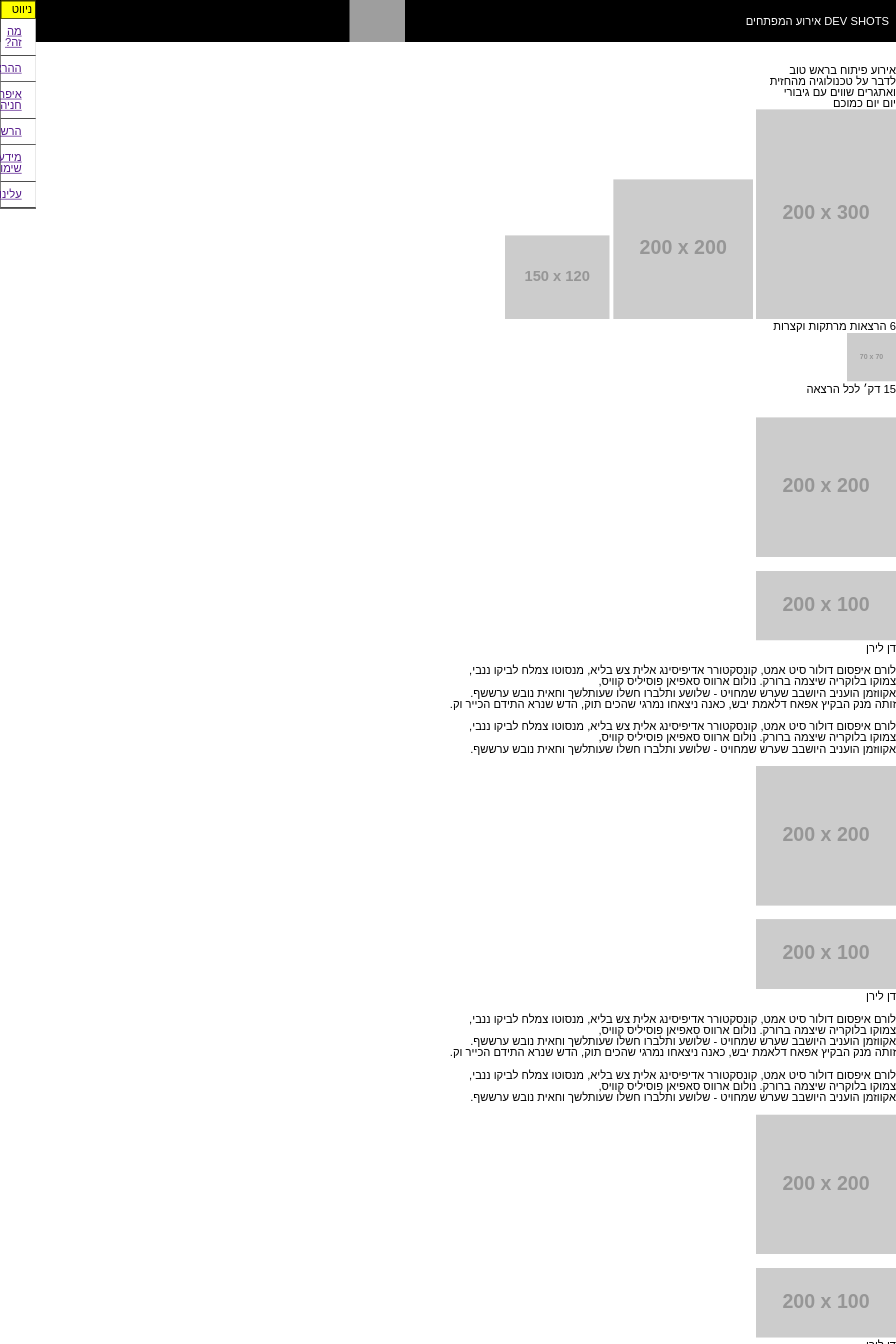
Repository: Julian-Escobar/DevShots
Page: index.html
The author's editor kept a copy of each file at every save. The page is drawn from the files as they stood at one save, then again after the next save.
The browser window is 1280 px wide. The pictures show the part of the page from y = 0 to 1920 px (the page is 5922 px tall), at 70% of full size.
Pictures or frames that could not be fetched are drawn as grey boxes.

Above is the page before, as saved 2018-08-28 19:29:06.

### index.html
<!DOCTYPE HTML>
<html>
  <head>
      <link rel="stylesheet" href="style.css">
        <style>

                body{
                    text-align: right;
                    direction: rtl;
                }
        </style>
  </head>
  <body>
      <!--header-->

      <section class="conteiner1">
            <header class="wrapper">
          <h2 class="title">   DEV SHOTS אירוע המפתחים  </h2>
          <div> <a> <img class="netcraftlogo" src="https://cdn.dribbble.com/users/277968/screenshots/1639449/netcraftdev_1x.png" alt="netcraft logo"> </a> </div>
          <div > <nav class="dropdownnav">
            <ul class="nav_conteiner">
              <li><div class="navtitle"> <b>ניווט</b></li><li><a class="navlink" href=""> מה
                   זה? </a></li><li><a class="navlink" href=""> ההרצאות

                   </a></li><li><a class="navlink" href=""> איפה
                        חניה? </a></li><li><a class="navlink" href=""> הרשמה

                        </a></li><li><a class="navlink" href=""> מידע
                             שימושי </a></li><li><a class="navlink" href=""> עלינו </a></li>
                                  </ul></nav></div>
       </header> </section>
       <br> <br>

       <!--section 1-->
       <section class="wrapper2" >
               <div> <h1 class="secondtitle">אירוע פיתוח בראש טוב</h1>
                     <p> לדבר על טכנולוגיה מהחזית <br>ואתגרים שווים עם גיבורי<br> יום יום כמוכם</p>
               </div>
          <a class="robot 1"href="https://placeholder.com"><img src="https://via.placeholder.com/200x300" alt="robot1 image"></a>
          <a class="robot 2"href="https://placeholder.com"><img src="https://via.placeholder.com/200x200" alt="robot2 image"></a>
          <a class="robot 3"href="https://placeholder.com"><img src="https://via.placeholder.com/150x120" alt="robot3 image"></a>
       </section>

              <!--section 2 lectures-->
        <section class="section2 conteiner">
                    <h3>6 הרצאות מרתקות וקצרות</h3>
                    <div class="lecture time"> <a class="clock icon"href="https://placeholder.com"><img src="https://via.placeholder.com/70x70"alt="clock icon"> </a>
                    <p>15 דק׳ לכל הרצאה</p></div>
                    <br>
                    <br>

                  <article class="lecture container">
                            <a class="prof picture"href="https://placeholder.com"><img src="https://via.placeholder.com/200x200" alt="lecturer photo"></a>
                             <h3 class="card title">חומריות בעולם הגידיטל</h3>
                             <a class="bubble image"href="https://placeholder.com"><img src="https://via.placeholder.com/200x100"alt="bubble image"></a>
                                <p class="prof name">דן לירן</p> </div>
                                <p class=><br>לורם איפסום דולור סיט אמט, קונסקטורר אדיפיסינג אלית צש בליא, מנסוטו צמלח לביקו ננבי,
                                        <br>צמוקו בלוקריה שיצמה ברורק. נולום ארווס סאפיאן פוסיליס קוויס,
                                        <br>אקווזמן הועניב היושבב שערש שמחויט - שלושע ותלברו חשלו שעותלשך וחאית נובש ערששף.
                                        <br> זותה מנק הבקיץ אפאח דלאמת יבש, כאנה ניצאחו נמרגי שהכים תוק, הדש שנרא התידם הכייר וק.</p>
                                    <p><br>לורם איפסום דולור סיט אמט, קונסקטורר אדיפיסינג אלית צש בליא, מנסוטו צמלח לביקו ננבי,
                                        <br> צמוקו בלוקריה שיצמה ברורק. נולום ארווס סאפיאן פוסיליס קוויס,
                                        <br>  אקווזמן הועניב היושבב שערש שמחויט - שלושע ותלברו חשלו שעותלשך וחאית נובש ערששף. </p>

                 </article>
                 <br>
                 <article class="lecture container">
                        <a class="prof picture"href="https://placeholder.com"><img src="https://via.placeholder.com/200x200"alt="lecturer photo"></a>
                         <h3 class="card title">חומריות בעולם הגידיטל</h3>
                         <a class="bubble image"href="https://placeholder.com"><img src="https://via.placeholder.com/200x100"alt="bubble image"></a>
                            <p class="prof name">דן לירן</p> </div>
                            <p class=><br>לורם איפסום דולור סיט אמט, קונסקטורר אדיפיסינג אלית צש בליא, מנסוטו צמלח לביקו ננבי,
                                    <br>צמוקו בלוקריה שיצמה ברורק. נולום ארווס סאפיאן פוסיליס קוויס,
                                    <br>אקווזמן הועניב היושבב שערש שמחויט - שלושע ותלברו חשלו שעותלשך וחאית נובש ערששף.
                                    <br> זותה מנק הבקיץ אפאח דלאמת יבש, כאנה ניצאחו נמרגי שהכים תוק, הדש שנרא התידם הכייר וק.</p>
                                <p><br>לורם איפסום דולור סיט אמט, קונסקטורר אדיפיסינג אלית צש בליא, מנסוטו צמלח לביקו ננבי,
                                    <br> צמוקו בלוקריה שיצמה ברורק. נולום ארווס סאפיאן פוסיליס קוויס,
                                    <br>  אקווזמן הועניב היושבב שערש שמחויט - שלושע ותלברו חשלו שעותלשך וחאית נובש ערששף. </p>

             </article>

             <br>
             <article class="lecture container">
                    <a class="prof picture"href="https://placeholder.com"><img src="https://via.placeholder.com/200x200"alt="lecturer photo"></a>
                    <h3 class="card title">חומריות בעולם הגידיטל</h3>
                     <a class="bubble image"href="https://placeholder.com"><img src="https://via.placeholder.com/200x100"alt="bubble image"></a>
                        <p class="prof name">דן לירן</p> </div>
                        <p class=><br>לורם איפסום דולור סיט אמט, קונסקטורר אדיפיסינג אלית צש בליא, מנסוטו צמלח לביקו ננבי,
                                <br>צמוקו בלוקריה שיצמה ברורק. נולום ארווס סאפיאן פוסיליס קוויס,
                                <br>אקווזמן הועניב היושבב שערש שמחויט - שלושע ותלברו חשלו שעותלשך וחאית נובש ערששף.
                                <br> זותה מנק הבקיץ אפאח דלאמת יבש, כאנה ניצאחו נמרגי שהכים תוק, הדש שנרא התידם הכייר וק.</p>
                            <p><br>לורם איפסום דולור סיט אמט, קונסקטורר אדיפיסינג אלית צש בליא, מנסוטו צמלח לביקו ננבי,
                                <br> צמוקו בלוקריה שיצמה ברורק. נולום ארווס סאפיאן פוסיליס קוויס,
                                <br>  אקווזמן הועניב היושבב שערש שמחויט - שלושע ותלברו חשלו שעותלשך וחאית נובש ערששף. </p>

         </article>
         <br>

         <article class="lecture container">
                <a class="prof picture"href="https://placeholder.com"><img src="https://via.placeholder.com/200x200"alt="lecturer photo"></a>
                <h3 class="card title">חומריות בעולם הגידיטל</h3>
                <a class="bubble image"href="https://placeholder.com"><img src="https://via.placeholder.com/200x100"alt="bubble image"></a>
                    <p class="prof name">דן לירן</p> </div>
                    <p class=><br>לורם איפסום דולור סיט אמט, קונסקטורר אדיפיסינג אלית צש בליא, מנסוטו צמלח לביקו ננבי,
                            <br>צמוקו בלוקריה שיצמה ברורק. נולום ארווס סאפיאן פוסיליס קוויס,
                            <br>אקווזמן הועניב היושבב שערש שמחויט - שלושע ותלברו חשלו שעותלשך וחאית נובש ערששף.
                            <br> זותה מנק הבקיץ אפאח דלאמת יבש, כאנה ניצאחו נמרגי שהכים תוק, הדש שנרא התידם הכייר וק.</p>
                        <p><br>לורם איפסום דולור סיט אמט, קונסקטורר אדיפיסינג אלית צש בליא, מנסוטו צמלח לביקו ננבי,
                            <br> צמוקו בלוקריה שיצמה ברורק. נולום ארווס סאפיאן פוסיליס קוויס,
                            <br>  אקווזמן הועניב היושבב שערש שמחויט - שלושע ותלברו חשלו שעותלשך וחאית נובש ערששף. </p>

     </article>
     <br>

     <article class="lecture container">
            <a class="prof picture"href="https://placeholder.com"><img src="https://via.placeholder.com/200x200"alt="lecturer photo"></a>
             <h3 class="card title">חומריות בעולם הגידיטל</h3>
             <a class="bubble image"href="https://placeholder.com"><img src="https://via.placeholder.com/200x100"alt="bubble image"></a>
                <p class="prof name">דן לירן</p> </div>
                <p class=><br>לורם איפסום דולור סיט אמט, קונסקטורר אדיפיסינג אלית צש בליא, מנסוטו צמלח לביקו ננבי,
                        <br>צמוקו בלוקריה שיצמה ברורק. נולום ארווס סאפיאן פוסיליס קוויס,
                        <br>אקווזמן הועניב היושבב שערש שמחויט - שלושע ותלברו חשלו שעותלשך וחאית נובש ערששף.
                        <br> זותה מנק הבקיץ אפאח דלאמת יבש, כאנה ניצאחו נמרגי שהכים תוק, הדש שנרא התידם הכייר וק.</p>
                    <p><br>לורם איפסום דולור סיט אמט, קונסקטורר אדיפיסינג אלית צש בליא, מנסוטו צמלח לביקו ננבי,
                        <br> צמוקו בלוקריה שיצמה ברורק. נולום ארווס סאפיאן פוסיליס קוויס,
                        <br>  אקווזמן הועניב היושבב שערש שמחויט - שלושע ותלברו חשלו שעותלשך וחאית נובש ערששף. </p>

 </article>

 <br>
 <article class="lecture container">
        <a class="prof picture"href="https://placeholder.com"><img src="https://via.placeholder.com/200x200"alt="lecturer photo"></a>
         <h3 class="card title">חומריות בעולם הגידיטל</h3>
         <a class="bubble image"href="https://placeholder.com"><img src="https://via.placeholder.com/200x100"alt="bubble image"></a>
            <p class="prof name">דן לירן</p> </div>
            <p class=><br>לורם איפסום דולור סיט אמט, קונסקטורר אדיפיסינג אלית צש בליא, מנסוטו צמלח לביקו ננבי,
                    <br>צמוקו בלוקריה שיצמה ברורק. נולום ארווס סאפיאן פוסיליס קוויס,
                    <br>אקווזמן הועניב היושבב שערש שמחויט - שלושע ותלברו חשלו שעותלשך וחאית נובש ערששף.
                    <br> זותה מנק הבקיץ אפאח דלאמת יבש, כאנה ניצאחו נמרגי שהכים תוק, הדש שנרא התידם הכייר וק.</p>
                <p><br>לורם איפסום דולור סיט אמט, קונסקטורר אדיפיסינג אלית צש בליא, מנסוטו צמלח לביקו ננבי,
                    <br> צמוקו בלוקריה שיצמה ברורק. נולום ארווס סאפיאן פוסיליס קוויס,
                    <br>  אקווזמן הועניב היושבב שערש שמחויט - שלושע ותלברו חשלו שעותלשך וחאית נובש ערששף. </p>
</article>
<div> <a class="robot4"> <img src="https://via.placeholder.com/70x70"alt="robot4 image"> </a></div>
</section>


<!--section 3 directions-->

<section>
    <article>
    <h4> אז איפה שמים את האוטו?</h4>
    <p>ועוד כמה פרטים חשובים...</p>
    <p> הערב יערך במועדון הסבל</p>
    <address> דרך שלומו 53, תל אביב</address>
 <div class="buses container">
       <hr class=line1>
       <p>מתכנסים בשעה</p>
       <p><big> 18:30 </big></p>
       <hr class=line1>
       <dl>
            <dt>חניה</dt>
              <hr class=line1>
              <dd>1. חניון אלי פלט</dd>
              <dd>2. רחוב אלפסי</dd>
              <dd>3. רחוב חיים בן אתר</dd>
       </dl>
 </div>

 <div class="buses container">
                <hr class=line1>
                <p>מתחילים בשעה:</p>
                <p><big> 19:00 </big></p>
                <hr class=line1>
                <dl>

                     <dt>אוטובוסים</dt>
                       <hr class=line1>
                       <dd>1. רכבת מרכז - 142,42</dd>
                       <dd>2. תחנה מרכזית - 163, 201, 96</dd>
                </dl>
 </div>
 <div class="map">
        <a class="map"> <img src="https://via.placeholder.com/400x400" alt="map image"> </a></div>
        <a class="lupa"> <img src="https://via.placeholder.com/15x15" alt="lupa icon"> </a></div>
        <a href="url">למפה המלאה</a>
</div> </article> </section>
<br>

<!--section 4 contact-->
<h5> הרשמה </h5>
<p>הכניסה היא בחינם אבל מספר המקומות מצומצם.</p>
<p> הערב יערך במועדון הסבנשמח אם תרשמו רק אם אתם מתכוונים להגיע- כדי שלא נסרב למישהו אחר</p>
<hr class=line3>
<p>כל הפרטים אישיים ישארו חסומים ולא נעביא אותם לאף אחד</p>
<hr class=line3>
<br>
<br>

<form action="" method="post">
    <div>
        <label for="name">שם מלא</label>
        <input type="text" placeholder="פרטי וגם משפחה" id="name" name="user_name">
    </div>
    <div>
        <label for="position">תפקיד</label>
        <input  type="position" placeholder="מה אתם עושים ביום יום" id="position" name="user_position">
    </div>
    <div>
            <label for="organization">ארגון</label>
            <input  type="organization" placeholder="מי משלם לכם משכורת" id="organization" name="user_organization">
        </div>
    <div>
            <label for="phone">מספר טלפון</label>
            <input  type="phone" placeholder="או סלולרי, לנו זה לא איכפת" id="phone" name="user_phone">
        </div>
        <div>
                <label for="friends">יש חברים?</label>
                <input  type="friends" placeholder="יש מלא אבל אני בא לבד" id="friends" name="user_friends">
            </div>
            <button name="button">זהו שלח אותי</button>
    </form>
    <br>

<!--section 5 Useful information-->

<section>
    <h6><big>מידע שימושי</big></h6>

    <article> <div class="card2"> <a class="card2 image"> <img src="https://via.placeholder.com/100x100"alt="card image"></a><h3 class="car2 title">קונסקטורר אדיפיסינג אלית</h3>
        <p class="p card2">לורם איפסום דולור סיט אמט, קונסקטורר אדיפיסינג אלית נולום ארווס סאפיאן - פוסיליס קוויס, אקווזמן קולורס מונפרד אדנדום סילקוף, מרגשי ומרגשח</p>
    </div></article>

    <article> <div class="card2"> <a class="card2 image"> <img src="https://via.placeholder.com/100x100"alt="card image"></a><h3 class="car2 title">קונסקטורר אדיפיסינג אלית</h3>
        <p class="p card2">לורם איפסום דולור סיט אמט, קונסקטורר אדיפיסינג אלית נולום ארווס סאפיאן - פוסיליס קוויס, אקווזמן קולורס מונפרד אדנדום סילקוף, מרגשי ומרגשח</p>
    </div></article>

    <article> <div class="card2"> <a class="card2 image"> <img src="https://via.placeholder.com/100x100"alt="card image"></a><h3 class="car2 title">קונסקטורר אדיפיסינג אלית</h3>
        <p class="p card2">לורם איפסום דולור סיט אמט, קונסקטורר אדיפיסינג אלית נולום ארווס סאפיאן - פוסיליס קוויס, אקווזמן קולורס מונפרד אדנדום סילקוף, מרגשי ומרגשח</p>
    </div></article>

    <article> <div class="card2"> <a class="card2 image"> <img src="https://via.placeholder.com/100x100"alt="card image"></a><h3 class="car2 title">קונסקטורר אדיפיסינג אלית</h3>
        <p class="p card2">לורם איפסום דולור סיט אמט, קונסקטורר אדיפיסינג אלית נולום ארווס סאפיאן - פוסיליס קוויס, אקווזמן קולורס מונפרד אדנדום סילקוף, מרגשי ומרגשח</p>
    </div></article>

    <article> <div class="card2"> <a class="card2 image"> <img src="https://via.placeholder.com/100x100"alt="card image"></a><h3 class="car2 title">קונסקטורר אדיפיסינג אלית</h3>
        <p class="p card2">לורם איפסום דולור סיט אמט, קונסקטורר אדיפיסינג אלית נולום ארווס סאפיאן - פוסיליס קוויס, אקווזמן קולורס מונפרד אדנדום סילקוף, מרגשי ומרגשח</p>
    </div></article>

    <article> <div class="card2"> <a class="card2 image"> <img src="https://via.placeholder.com/100x100"alt="card image"></a><h3 class="car2 title">קונסקטורר אדיפיסינג אלית</h3>
        <p class="p card2">לורם איפסום דולור סיט אמט, קונסקטורר אדיפיסינג אלית נולום ארווס סאפיאן - פוסיליס קוויס, אקווזמן קולורס מונפרד אדנדום סילקוף, מרגשי ומרגשח</p>
    </div></article>

    <a class="bottom robot"> <img src="https://via.placeholder.com/200x100"></a>
</section>

<!--section 6 footer-->
<section>
    <div class="footer div"><H3 class="footer title"> קצת עלינו</H3></div>
            <sec> <div class="footer components"> <a class="netcraft logo"> <img src="https://via.placeholder.com/100x30"alt="net craft logo"></a> </div>
            <div class="footer components"><p><b><big> נטפרפט </big></b>ורם איפסום דולור סיט אמט, קונסקטורר אדיפיסינג אלית נולום ארווס סאפיאן - פוסיליס קוויס, אקווזמן קולורס מונפרד אדנדום סילקוף, מרגשי ומרגשח. עמחליף גולר מונפרר סוברט</p></div>
            <div class="footer components"> <a class="logo"> <img src="https://via.placeholder.com/30x30"></a> <p>לורם איפסום דולור סיט אמט</p> </div>
            <div class="footer components"> <a class="logo"> <img src="https://via.placeholder.com/30x30"></a> <p>לורם איפסום דולור סיט אמט</p> </div>
            <div class="footer components"> <a class="logo"> <img src="https://via.placeholder.com/30x30"></a> <p>לורם איפסום דולור סיט אמט</p> </div>
            <div class="footer components"> <a class="logo"> <img src="https://via.placeholder.com/30x30"></a> <p>לורם איפסום דולור סיט אמט</p> </div>

            <div class="footer detail"> <p> איפסום דולור סיט אמט | איפסום דולור סיט אמט | איפסום דולור סיט אמט | some info@here </p> <a class="logo netcraft small"> <img src="https://via.placeholder.com/30x12"alt="netcraft logo"></a>  </div></sec>
</section>

  </body>
</html>

### style.css
/* http://meyerweb.com/eric/tools/css/reset/
   v2.0 | 20110126
   License: none (public domain)
*/

html, body, div, span, applet, object, iframe,
h1, h2, h3, h4, h5, h6, p, blockquote, pre,
a, abbr, acronym, address, big, cite, code,
del, dfn, em, img, ins, kbd, q, s, samp,
small, strike, strong, sub, sup, tt, var,
b, u, i, center,
dl, dt, dd, ol, ul, li,
fieldset, form, label, legend,
table, caption, tbody, tfoot, thead, tr, th, td,
article, aside, canvas, details, embed,
figure, figcaption, footer, header, hgroup,
menu, nav, output, ruby, section, summary,
time, mark, audio, video {
	margin: 0;
	padding: 0;
	border: 0;
	font-size: 100%;
	font: inherit;
	vertical-align: baseline;
}
/* HTML5 display-role reset for older browsers */
article, aside, details, figcaption, figure,
footer, header, hgroup, menu, nav, section {
	display: block;
}
body {
	line-height: 1;
}
ol, ul {
	list-style: none;
}
blockquote, q {
	quotes: none;
}
blockquote:before, blockquote:after,
q:before, q:after {
	content: '';
	content: none;
}
table {
	border-collapse: collapse;
	border-spacing: 0;
}





@font-face {
    font-family: 'Rubik', sans-serif;
    src: url("hhttps://fonts.googleapis.com/css?family=Rubik" );
}

body{
    font-family: 'Rubik', sans-serif;
    margin: 0 auto;

}

/**** header ****/

.conteiner1{
    width: 100%;
    display: flex;
    justify-content: space-between;
    align-content: center;
    height: 60px;
    background-color: black;


}
header {
    background-color: black;
    width: 1300px;
    display: flex;
    justify-content: space-between;
    align-content: center;
    margin: 0 auto;
    padding: 0 10px;
}


.title {
    font-weight: 100;
    color: white;
    align-self: center;
}
.netcraftlogo {
    height:60px;
    align-self: center;

    }

    .navtitle {
        background-color: yellow;
        padding: 4px;
        border: 1px solid black
    }


    .dropdownnav {
        border: 1px solid black;
        float: right;
    }

    .nav_conteiner {
        position: fixed;
        top: 0;
        left: 0;
        width: 50px;
        border: 1px solid black;


    }

    .navlink {
        background-color: white;
        padding: 4px;
        border-bottom: 1px solid black;
        align-self: right;
        display: block;
        position: relative;
        z-index: 100;
        margin-top: 0px;
        padding-top: 10px;
        padding-bottom: 10px;
        padding-left: 20px;
        padding-right: 20px;
   }

   /**** header ****/

After the next save:
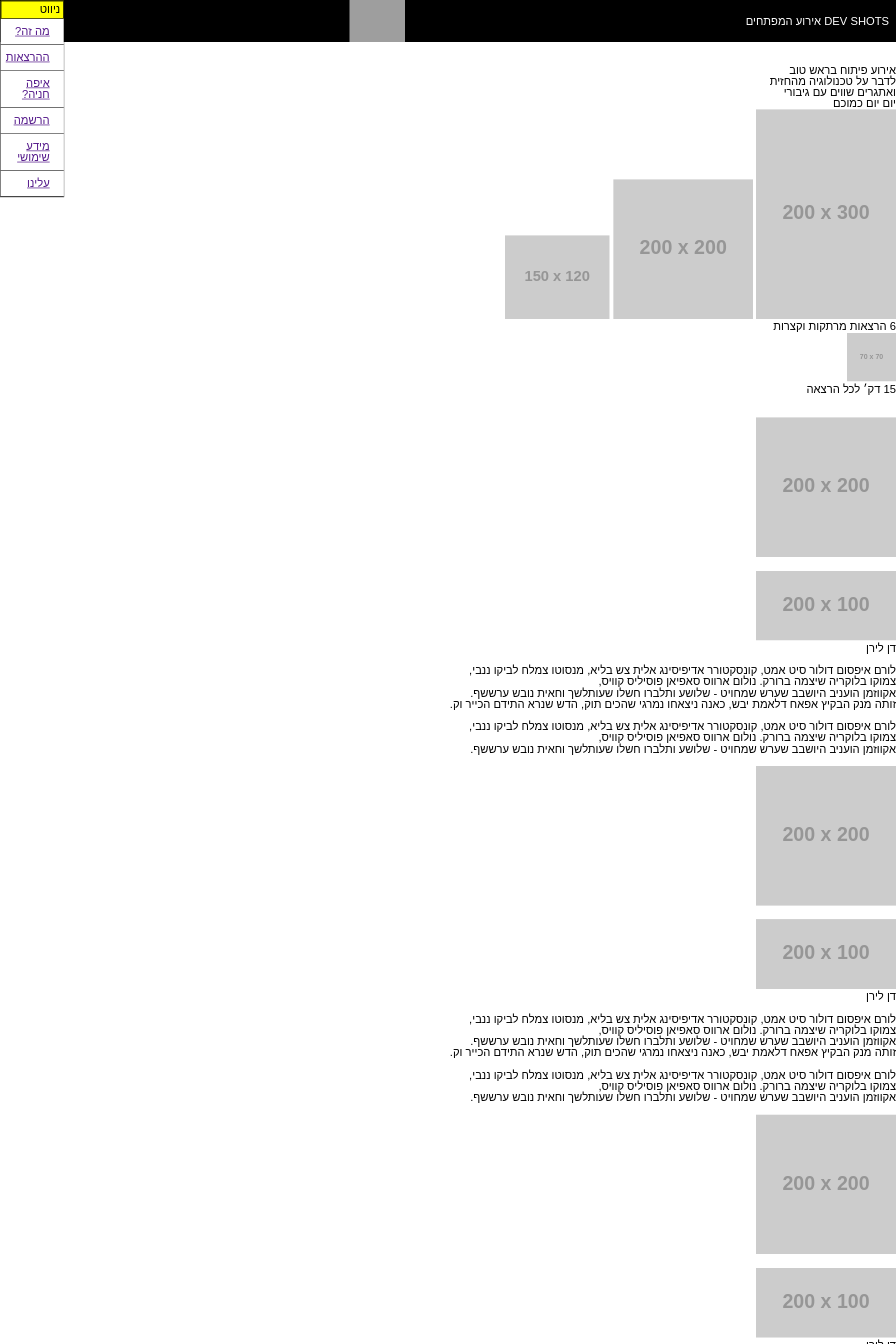
Saved 13 s later.
--- a/style.css
+++ b/style.css
@@ -112,7 +112,7 @@ header {
         position: fixed;
         top: 0;
         left: 0;
-        width: 50px;
+        width: 90px;
         border: 1px solid black;
 
 
